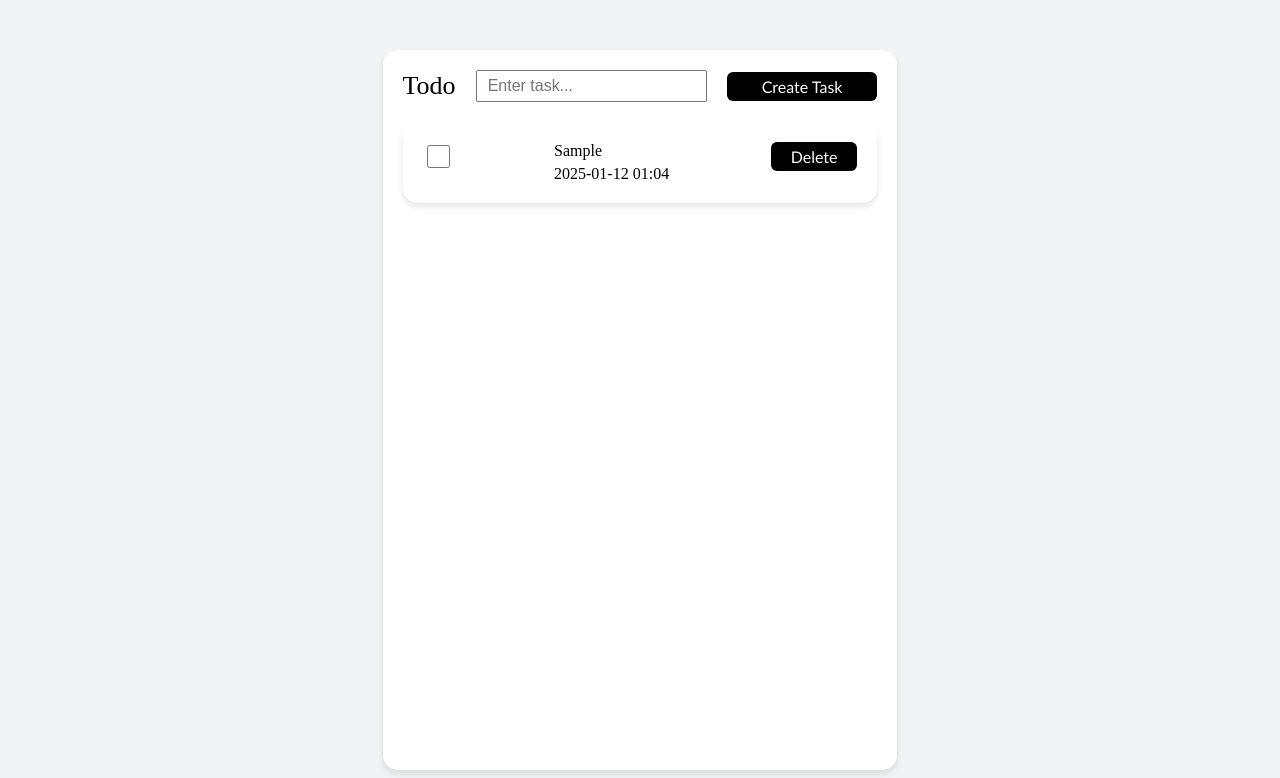
Repository: pawvan/todo_app
Page: markup/tod.html
These files come from the project's save history. The page is drawn as it stood at one moment and after the next save; the edit follows.
The browser window is 1280 px wide. The pictures show the whole page.
Empty fields were first filled with sample values (such as "Sample", 5 or name@example.com).
After loading, the first visible `#add-button` was clicked once.

Above is the page before, as saved 2025-01-12 01:07:50.

After the next save:
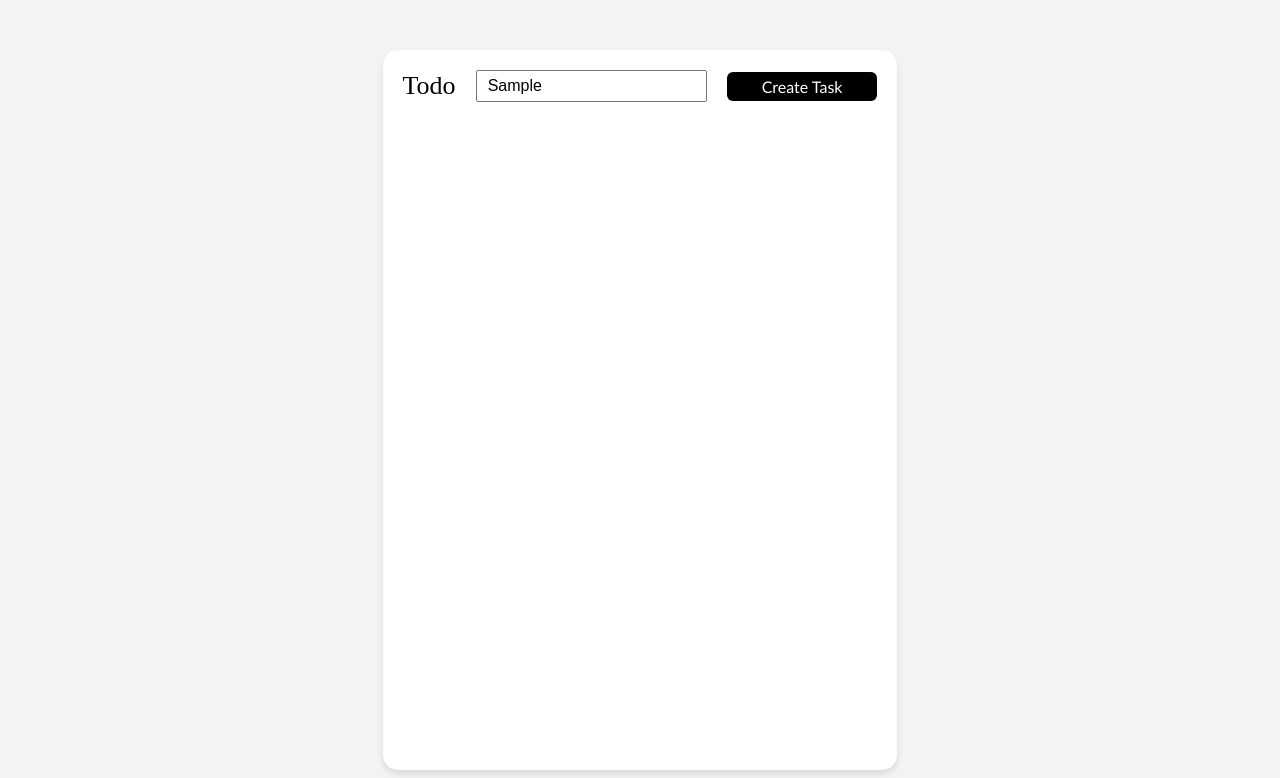
Console error: TypeError: wrapperCheck.classList is not a function
Saved 14 s later.
--- a/interactivity/todo.js
+++ b/interactivity/todo.js
@@ -47,7 +47,7 @@
 
 
     const wrapperCheck = document.createElement('span');
-
+    wrapperCheck.classList('wrapper-check')
     wrapperCheck.appendChild(completeCheckbox);
 
     const deleteButton = createDeleteButton(li, newTask);

After the save that followed:
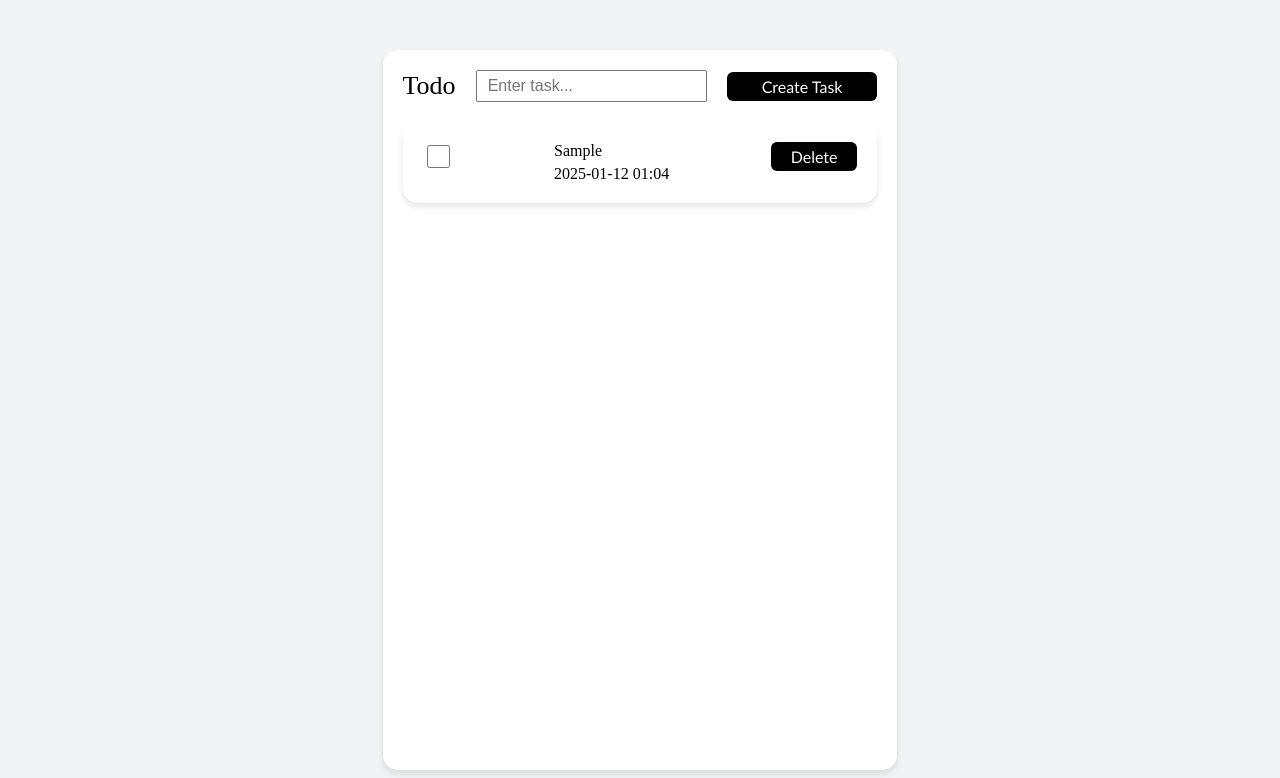
The error is gone.
Saved 6 s later.
--- a/interactivity/todo.js
+++ b/interactivity/todo.js
@@ -47,7 +47,7 @@
 
 
     const wrapperCheck = document.createElement('span');
-    wrapperCheck.classList('wrapper-check')
+    wrapperCheck.classList.add('wrapper-check')
     wrapperCheck.appendChild(completeCheckbox);
 
     const deleteButton = createDeleteButton(li, newTask);
